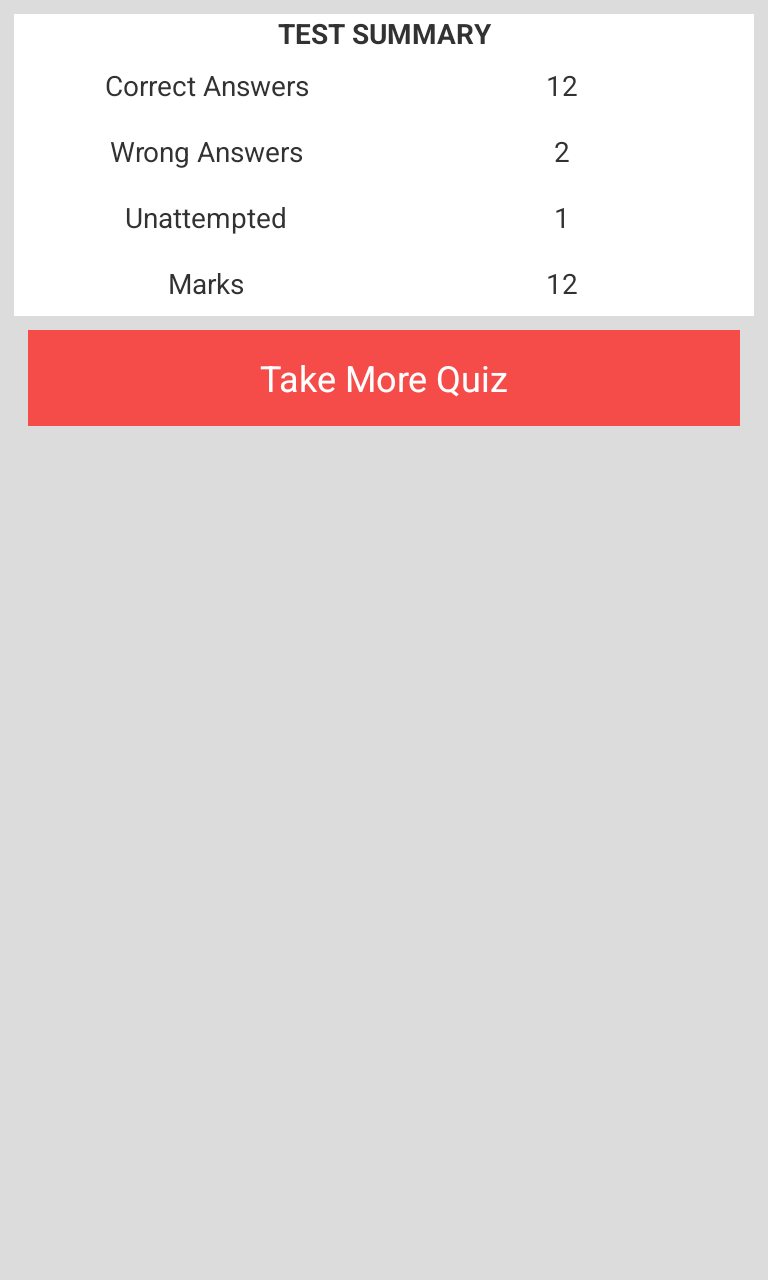
Repository: Harshil737/Career-Launcher
Layout: CareerLauncher/res/layout/activity_test_result_page.xml
An editor plug-in stored every save of this project. The layout is shown before and after the next save, followed by the edit.
It is drawn on a 768 x 1280 px phone screen (xhdpi) without system bars, with theme AppTheme; the app's code is not run.

Above is the layout before, as saved 2017-11-04 13:09:46.

### CareerLauncher/res/layout/activity_test_result_page.xml
<RelativeLayout xmlns:android="http://schemas.android.com/apk/res/android"
    xmlns:tools="http://schemas.android.com/tools"
    android:layout_width="match_parent"
    android:layout_height="match_parent"
    android:background="@color/offWhite"
    android:paddingBottom="@dimen/activity_vertical_margin"
    android:paddingLeft="@dimen/activity_horizontal_margin"
    android:paddingRight="@dimen/activity_horizontal_margin"
    android:paddingTop="@dimen/activity_vertical_margin"
    tools:context=".TestResultPage" >

    <LinearLayout
        android:layout_width="match_parent"
        android:layout_height="200dp" >

        <TextView
            android:layout_width="wrap_content"
            android:layout_height="wrap_content"
            android:text="YOUR SCORE" />
    </LinearLayout>

    <LinearLayout
        android:id="@+id/test_result_page_tmp"
        android:layout_width="match_parent"
        android:layout_height="wrap_content"
        android:background="@color/colorWhite"
        android:orientation="vertical" >

        <TextView
            android:layout_width="match_parent"
            android:layout_height="wrap_content"
            android:gravity="center_horizontal"
            android:text="TEST SUMMARY"
            android:textStyle="bold" />

        <LinearLayout
            android:layout_width="match_parent"
            android:layout_height="wrap_content"
            android:layout_margin="7dp"
            android:orientation="horizontal" >

            <TextView
                android:layout_width="0dp"
                android:layout_height="wrap_content"
                android:layout_weight="1"
                android:gravity="center_horizontal"
                android:text="Correct Answers" />

            <TextView
                android:id="@+id/test_result_tv_correct"
                android:layout_width="0dp"
                android:layout_height="wrap_content"
                android:layout_weight="1"
                android:gravity="center_horizontal"
                android:text="12" />
        </LinearLayout>

        <LinearLayout
            android:layout_width="match_parent"
            android:layout_height="wrap_content"
            android:layout_margin="7dp"
            android:orientation="horizontal" >

            <TextView
                android:layout_width="0dp"
                android:layout_height="wrap_content"
                android:layout_weight="1"
                android:gravity="center_horizontal"
                android:text="Wrong Answers" />

            <TextView
                android:id="@+id/test_result_tv_wrong"
                android:layout_width="0dp"
                android:layout_height="wrap_content"
                android:layout_weight="1"
                android:gravity="center_horizontal"
                android:text="2" />
        </LinearLayout>

        <LinearLayout
            android:layout_width="match_parent"
            android:layout_height="wrap_content"
            android:layout_margin="7dp"
            android:orientation="horizontal" >

            <TextView
                android:layout_width="0dp"
                android:layout_height="wrap_content"
                android:layout_weight="1"
                android:gravity="center_horizontal"
                android:text="Unattempted" />

            <TextView
                android:id="@+id/test_result_tv_unattempted"
                android:layout_width="0dp"
                android:layout_height="wrap_content"
                android:layout_weight="1"
                android:gravity="center_horizontal"
                android:text="1" />
        </LinearLayout>

        <LinearLayout
            android:layout_width="match_parent"
            android:layout_height="wrap_content"
            android:layout_margin="7dp"
            android:orientation="horizontal" >

            <TextView
                android:layout_width="0dp"
                android:layout_height="wrap_content"
                android:layout_weight="1"
                android:gravity="center_horizontal"
                android:text="Marks" />

            <TextView
                android:id="@+id/test_result_tv_marks"
                android:layout_width="0dp"
                android:layout_height="wrap_content"
                android:layout_weight="1"
                android:gravity="center_horizontal"
                android:text="12" />
        </LinearLayout>
    </LinearLayout>

    <Button
        android:id="@+id/test_result_btn_home"
        android:layout_width="match_parent"
        android:layout_height="wrap_content"
        android:layout_below="@id/test_result_page_tmp"
        android:layout_gravity="center_horizontal"
        android:layout_margin="7dp"
        android:layout_marginTop="24dp"
        android:background="#f64c49"
        android:text="Take More Quiz"
        android:textColor="#FFFFFF" />

</RelativeLayout>

### CareerLauncher/res/values/styles.xml
<resources>

    <style name="AppBaseTheme" parent="android:Theme.Light"></style>

    <!-- Application theme. -->
    <style name="AppTheme" parent="AppBaseTheme"></style>

</resources>

### CareerLauncher/res/values/colors.xml
<?xml version="1.0" encoding="utf-8"?>
<resources>

    <color name="colorPrimary">#3F51B5</color>
    <color name="colorPrimaryDark">#303F9F</color>
    <color name="colorAccent">#FF4081</color>
    <color name="colorWhite">#FFFFFF</color>
    <color name="offWhite">#dcdcdc</color>
    <color name="Black">#000000</color>
    <color name="Green">#388e3c</color>
    <color name="lightGreen">#00c853</color>
    <color name="Grey">#9e9e9e</color>
    <color name="yellow">#ffd600</color>

</resources>

Loaded but not shown: CareerLauncher/res/values-v11/styles.xml (common file); CareerLauncher/res/values-v14/styles.xml (common file); CareerLauncher/res/values/dimens.xml (common file)

After the next save:
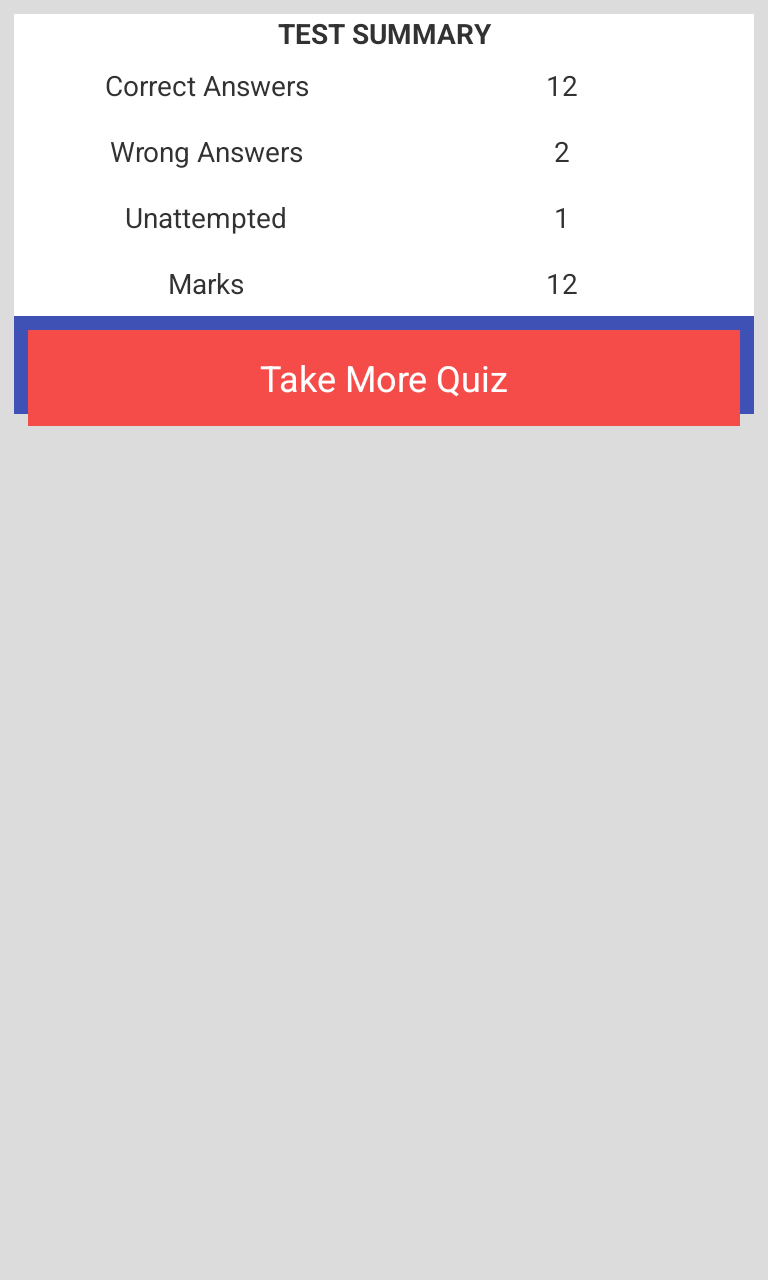
Saved 18 s later.
--- a/CareerLauncher/res/layout/activity_test_result_page.xml
+++ b/CareerLauncher/res/layout/activity_test_result_page.xml
@@ -11,7 +11,8 @@
 
     <LinearLayout
         android:layout_width="match_parent"
-        android:layout_height="200dp" >
+        android:layout_height="200dp"
+        android:background="@color/colorPrimary" >
 
         <TextView
             android:layout_width="wrap_content"
